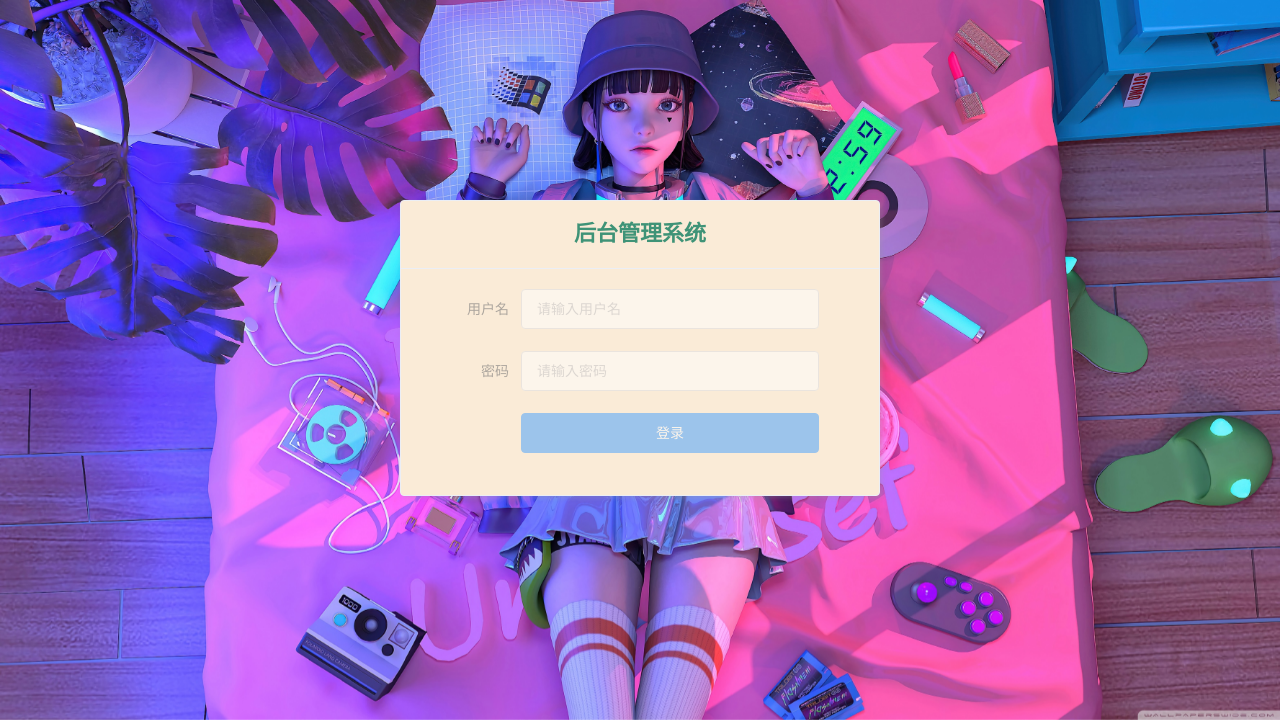
Repository: wuder-jie/Manager-System
Page: /
The author's editor kept a copy of each file at every save. The page is drawn from the files as they stood at one save, then again after the next save.
The browser window is 1280 px wide. The pictures show the whole page.
The project was rebuilt for these pictures with package versions that can differ from the ones it lists, and the page was loaded fresh each time. Also part of the build but not shown: vue.config.js.

Above is the page before, as saved 2022-11-27 18:52:04.

After the next save:
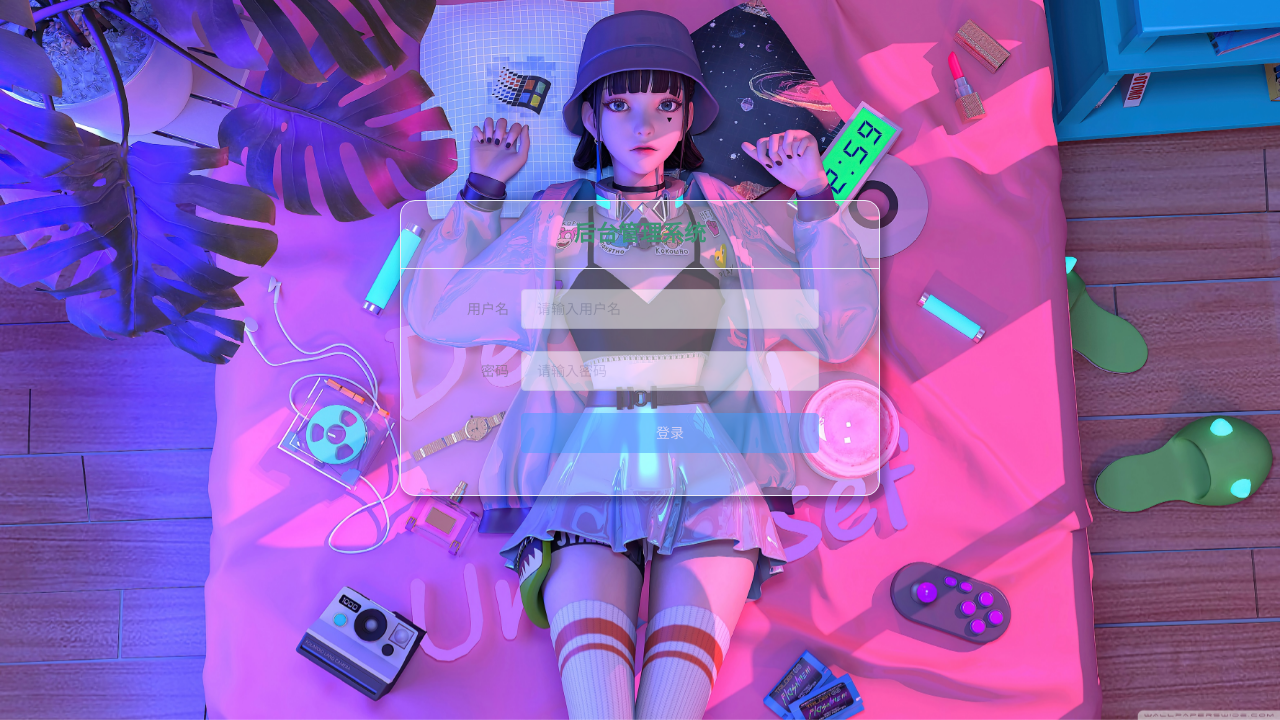
Saved 19 s later.
--- a/src/pages/login/index.vue
+++ b/src/pages/login/index.vue
@@ -139,6 +139,9 @@ export default {
   .box-card {
     background-color: antiquewhite;
     box-shadow: 2px 2px 5px rgba(157, 150, 150, 0.3);
+    background: rgba(255, 255, 255, .3);
+    box-shadow: 4px 4px 6px 3px rgba(0, 0, 0, .3);
+    border-radius: 15px;
 
   }
   .btn-login {
